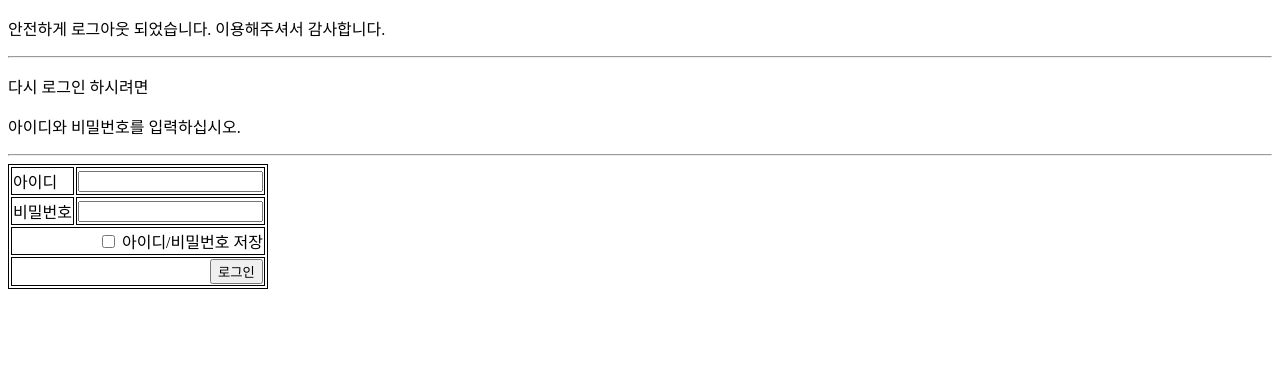
Repository: Gabintree/JDBC2019
Page: http://localhost/JDBC_20190521/20190527_Logout.jsp
The author's editor kept a copy of each file at every save. The page is drawn from the files as they stood at one save, then again after the next save.
The browser window is 1280 px wide. The pictures show the whole page.
The page is served by Tomcat 9. Other server files are loaded and not shown.

Above is the page before, as saved 2019-05-27 01:59:44.

### JDBC_20190521/WebContent/20190527_Logout.jsp
<%@ page language="java" contentType="text/html; charset=UTF-8"
    pageEncoding="UTF-8"%>
<!DOCTYPE html>
<html>
<head>
<meta charset="UTF-8">
<title>Insert title here</title>
</head>
<body>



<p>안전하게 로그아웃 되었습니다. 이용해주셔서 감사합니다.</p>
<hr>
<p>다시 로그인 하시려면<br></p>

<%
 	pageContext.include("20190527_Login.jsp");

%>
</body>
</html>

### JDBC_20190521/WebContent/20190527_Login.jsp
<%@ page language="java" contentType="text/html; charset=UTF-8"
    pageEncoding="UTF-8"%>
<!DOCTYPE html>
<html>
<head>
<meta charset="UTF-8">
<title>Insert title here</title>
<style>
table, tr, td {
border : 1px solid black;
}
</style>
</head>
<body>


<%
	String id = "";
	String pw = "";
	String save = "";

	if(session.getAttribute("id") != null){

		id = (String)session.getAttribute("id");
		pw = (String)session.getAttribute("pw");
		save = "checked";
	}

%>


<p>아이디와 비밀번호를 입력하십시오.</p>
<hr>

 <form action = "20190527_Logined.jsp" method = "post">
 	<table>
 		<tr>
 			<td>아이디</td>
 			<td><input type = "text" name="id" value = "<%=id%>"></td>
 		</tr>
 		<tr>
 			<td>비밀번호</td>
 			<td><input type = "password" name="pw" value = "<%=pw%>"></td>
 		</tr>
 		<tr>
 			<td colspan="2" align="right"><input type ="checkbox" name = "save" value="save" <%=save%>> 아이디/비밀번호 저장</td>
 		</tr>
 		<tr>
 			<td colspan="2" align="right"><input type ="submit" value="로그인"></td>
 		</tr>




 	</table>
 </form>
</body>
</html>

After the next save:
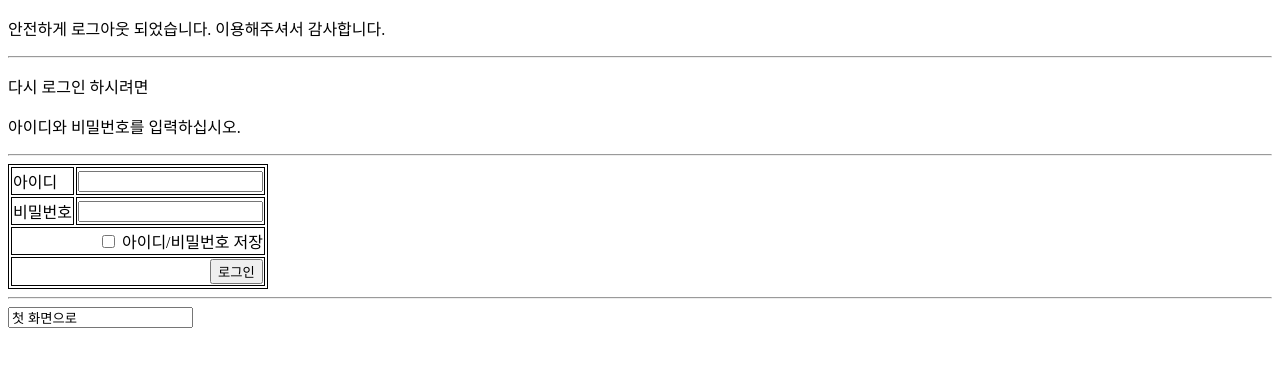
Saved 42 min 3 s later.
--- a/JDBC_20190521/WebContent/20190527_Logout.jsp
+++ b/JDBC_20190521/WebContent/20190527_Logout.jsp
@@ -18,5 +18,7 @@
  	pageContext.include("20190527_Login.jsp");
 
 %>
-</body>
+
+<hr>
+<input type="sumit" value ="첫 화면으로"></body>
 </html>
